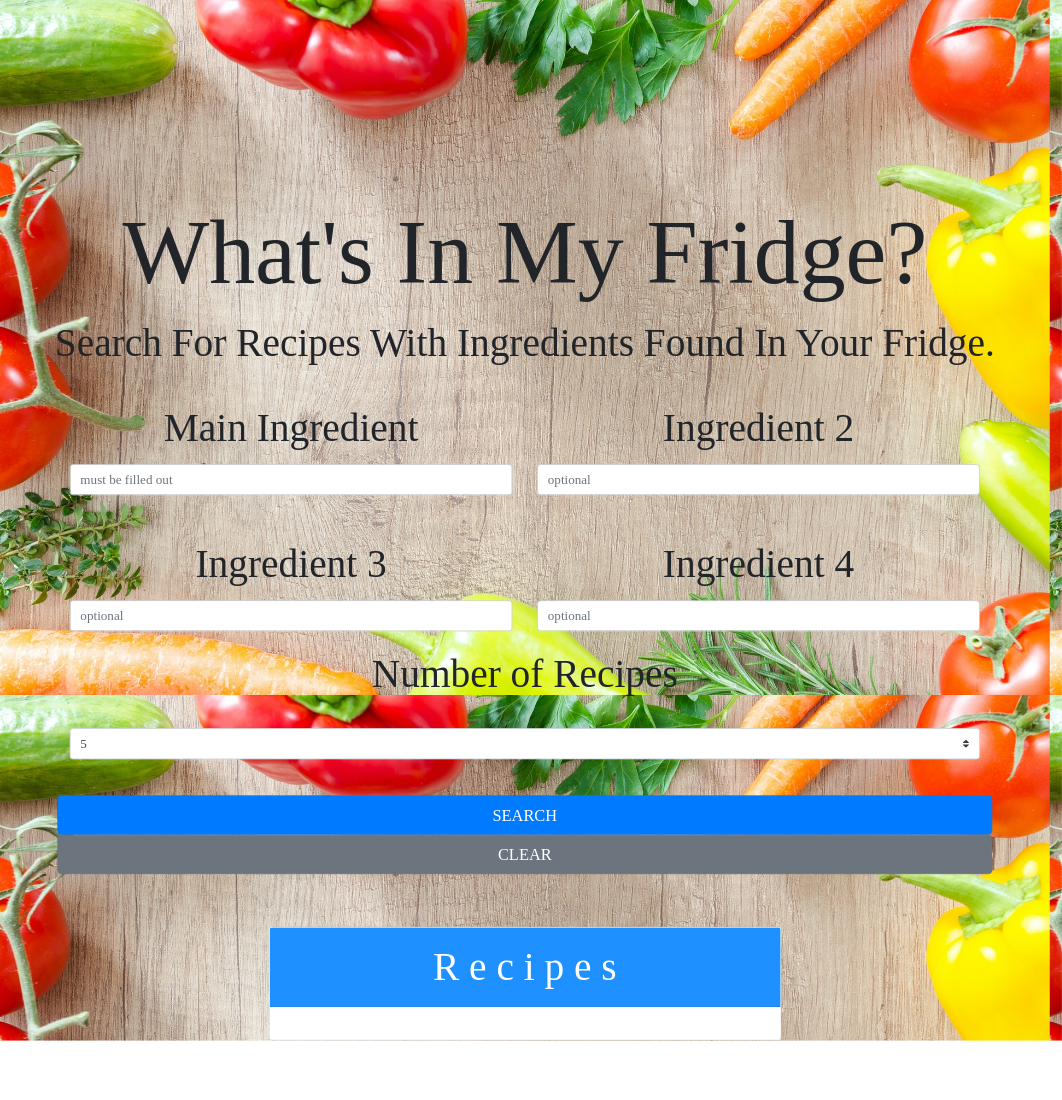
Repository: ogipajic/Recipe_API
Page: index.html
The author's editor kept a copy of each file at every save. The page is drawn from the files as they stood at one save, then again after the next save.
The browser window is 1280 px wide. The page is 1295 px wide, so the pictures cover 1295 px, including what lies to the right of the window. The pictures show the whole page, at 82% of full size.
The page's requests for data from a server got no answer. Backgrounds fixed to the window are drawn as part of the page. Some web fonts or font styles are not loaded; a fallback is used.

Above is the page before, as saved 2020-07-13 17:27:46.

### index.html
<!DOCTYPE html>
<html lang="en">
<head>
    <meta charset="UTF-8">
    <meta name="viewport" content="width=device-width, initial-scale=1.0">
    <script
  src="https://code.jquery.com/jquery-3.5.1.min.js"
  integrity="sha256-9/aliU8dGd2tb6OSsuzixeV4y/faTqgFtohetphbbj0="
  crossorigin="anonymous"></script>

  <link rel="stylesheet" href="https://stackpath.bootstrapcdn.com/bootstrap/4.5.0/css/bootstrap.min.css" integrity="sha384-9aIt2nRpC12Uk9gS9baDl411NQApFmC26EwAOH8WgZl5MYYxFfc+NcPb1dKGj7Sk" crossorigin="anonymous">
  <link rel="stylesheet" href="stylesheet.css">
  <link href="https://fonts.googleapis.com/css2?family=Annie+Use+Your+Telescope&family=Lemon&display=swap" rel="stylesheet">

  <title>What's In My Fridge?</title>

  <!-- Fixes issue of text extending past card length-->

  <style>
      .card-body a {
          word-break: break-all;
      }

      .recipeHeadLine {
          line-height: 1.5;
      }
  </style>
</head>
<body>
    <div class="header">

      <h1 class="display-4">What's In My Fridge?</h1>
      <p class="lead">Search For Recipes With Ingredients Found In Your Fridge.</p>
            </div>
          </div>
     <div class="container">
     <form>
          <div class="row">
              <div class="col-sm-6">
        <div class="form-group">
          <label for="exampleFormControlInput1">Main Ingredient</label>
          <input type="text" class="form-control" id="exampleFormControlInput1" placeholder="must be filled out">
        </div>
              </div>
              <div class="col-sm-6">
        <div class="form-group">
            <label for="exampleFormControlInput1">Ingredient 2</label>
            <input type="text" class="form-control" id="exampleFormControlInput1" placeholder="optional">
          </div>
          </div>
        </div>
        <div class="row">
            <div class="col-sm-6">
          <div class="form-group">
            <label for="exampleFormControlInput1">Ingredient 3 </label>
            <input type="text" class="form-control" id="exampleFormControlInput1" placeholder="optional">
          </div>
        </div>
        <div class="col-sm-6">
          <div class="form-group">
            <label for="exampleFormControlInput1">Ingredient 4</label>
            <input type="text" class="form-control" id="exampleFormControlInput1" placeholder="optional">
          </div>
          </div>
          </div>
        </div>
      </div>
      </form>


    <div class="container">
        <div class="form-group">
            <label for="pwd">Number of Recipes</label>
            <select id="recipe-count" class="custom-select" aria-labelledby="dropdownMenuButton">
              <option selected value="1">1</option>
              <!-- Setting the option for 5 as default -->
              <option value="5" selected>5</option>
              <option value="10">10</option>
            </select>
          </div>

        <div class="row">
            <!--Using type="submit" allows the user to hit enter as well as click submit-->

            <button type="submit" id="run-search" class="btn btn-primary btn-lg btn-block">SEARCH</button>
            <p id="results"></p>
            <button type="button" id="clearBtn" class="btn btn-secondary btn-lg btn-block">CLEAR</button>
            </div>
        </div>
    </div>

  <div class="row">
    <div class="col-6 recipes-placeholder">
      <section class="row">
        <div class="col-md-12">

          <div class="card">
            <div class="card-header">
              <i class="fa fa-table"></i>R  e  c  i  p  e  s
            </div>

            <article class="card-body" id="recipe-section">
            </article>
          </div>
        </div>
      </section>
    </div>

 <script src="script.js"></script>
 <script src="ncscript.js"></script>
 <script src="https://ajax.googleapis.com/ajax/libs/jquery/3.4.1/jquery.min.js"></script>
 <script src="https://code.jquery.com/jquery-3.5.1.slim.min.js" integrity="sha384-DfXdz2htPH0lsSSs5nCTpuj/zy4C+OGpamoFVy38MVBnE+IbbVYUew+OrCXaRkfj" crossorigin="anonymous"></script>
 <script src="https://cdn.jsdelivr.net/npm/popper.js@1.16.0/dist/umd/popper.min.js" integrity="sha384-Q6E9RHvbIyZFJoft+2mJbHaEWldlvI9IOYy5n3zV9zzTtmI3UksdQRVvoxMfooAo" crossorigin="anonymous"></script>
 <script src="https://stackpath.bootstrapcdn.com/bootstrap/4.5.0/js/bootstrap.min.js" integrity="sha384-OgVRvuATP1z7JjHLkuOU7Xw704+h835Lr+6QL9UvYjZE3Ipu6Tp75j7Bh/kR0JKI" crossorigin="anonymous"></script>
</body>
</html>

### stylesheet.css
/* Body font style and font size */
body {
    font-size: 3rem;
    font-family: 'Annie Use Your Telescope', cursive;
    background-image: url(Assets/carrots-food-fresh-freshness-616404.jpg);
    background-position: center center;
    background-repeat: no-repeat;
    background-attachment: fixed;
    background-size: cover;
}

/* Font and image within jumbotron */
.header {
    text-align: center;
    margin-top: 15rem;
}

.display-4 {
    font-size: 7rem;
}

.lead {
    font-size: 3rem;
}

/* Search Results Text */
.panel-heading {
    margin-top: 2rem;
    text-align: center;
}

/* Results Area -XXXX */
.panel-body {
    text-align: center;
}

.panel-title {
    font-size: 45px;
}

.row {
    margin-top: 2rem;
    display: flex;
    justify-content: center;
}

.card-header {
    background-color: dodgerblue;
    color: white;
}

.card-header {
    text-align: center;
}

.container {
    text-align: center;
}

  @media screen and (max-width: 768px) {
    .container {
      width:100%;
      margin:0;
      border-radius:0;

    }
  }

### script.js
/**
 * pulls information from the form and build the query URL
 * @returns {string} URL for Spoonacular API based on form inputs
 */

$(document).ready(function() {
    console.log("Lets Eat!");
});

function buildQueryURL() {
    var queryURL = "https://spoonacular-recipe-food-nutrition-v1.p.rapidapi.com/recipes/random?number=";

    var queryParams = { "api-key": "ac032b7765msh7b7ea8d251892bbp18630ejsnfccfef5696ae"};

    queryParams.q = $("#main-ingredient").val().trim();

    //If user provides a second ingredient

    var ingredient1 = $("ingredient-1").val().trim();

    if (parseInt(ingredient1)) {
        queryParams.ingredient;
    }
    // If a user provides a third ingredient

        var ingredient2 = $("ingredient-2").val().trim();
        if (parseInt(ingredient2)) {
            queryParams.ingredient;
        }
    // If a user provides a fourth ingredient

            var ingredient3 = $("ingredient-3").val().trim();
            if (parseInt(ingredient3)) {
                queryParams.ingredient;
            }
    }

/** * takes API data (JSON/object) and turns it into elements on the page
    * @param {object} recipeData - object containing recipe data
*/
    function updatePage(recipeData) {
        var numRecipes = $("#recipe-count").val();
        console.log(recipeData);
        console.log("--------------------");

    for (var i = 0; i < numRecipes; i++) {
        // Get specific recipe info for our current index
        var recipe = recipeData.response.docs[i];

        // Increase the recipeCount (track recipe # - starting at 1)
        var recipeCount = i + 1;

        var $recipeList = $("<ul>");
        $recipeList.addClass("list-group");

        $("#recipe-section").append($recipeList);

        // If the article has a title, log and append to $recipeList

        var title = recipe.title;
        var $recipeListItem = $("<li class='list-group-item recipeTitle'>");

        if (title && title.main) {
            console.log(title.main);
        }


    }

    }

var settings = {
			"async": true,
			"crossDomain": true,
			"url": "https://spoonacular-recipe-food-nutrition-v1.p.rapidapi.com/recipes/random?number=",
			"method": "GET",
			"headers": {
				"x-rapidapi-host": "spoonacular-recipe-food-nutrition-v1.p.rapidapi.com",
				"x-rapidapi-key": "ac032b7765msh7b7ea8d251892bbp18630ejsnfccfef5696ae"
			}
		}

		$.ajax(settings).done(function (response) {
            console.log(response);

        });

Loaded but not shown: ncscript.js (no stored copy; drawn as an empty file)

After the next save:
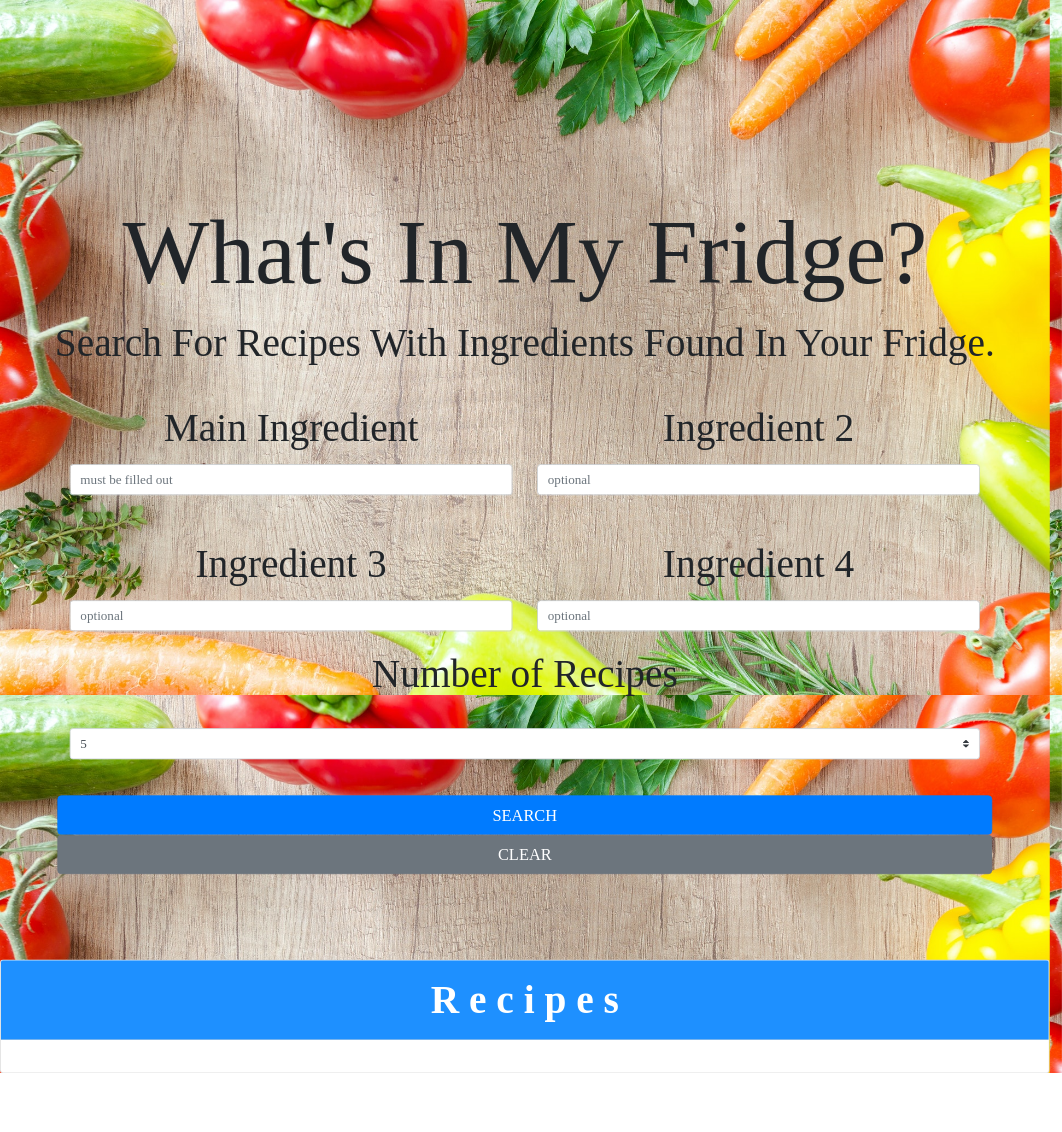
Saved 84 s later.
--- a/index.html
+++ b/index.html
@@ -89,15 +89,24 @@
         </div>
     </div>
 
-  <div class="row">
-    <div class="col-6 recipes-placeholder">
-      <section class="row">
-        <div class="col-md-12">
+    <div class="row">
+      <div class="col-sm-12">
+        <br>
+        <!-- This card will initially be made up of a card and wells for each of the articles retrieved -->
+        <div class="card">
+          <!-- card Heading for the retrieved articles box -->
+          <div class="card-header">
+            <strong>
+              <i class="fa fa-table"></i> R e c i p e s</strong>
+          </div>
 
-          <div class="card">
-            <div class="card-header">
-              <i class="fa fa-table"></i>R  e  c  i  p  e  s
-            </div>
+
+
+
+
+
+
+
 
             <article class="card-body" id="recipe-section">
             </article>
